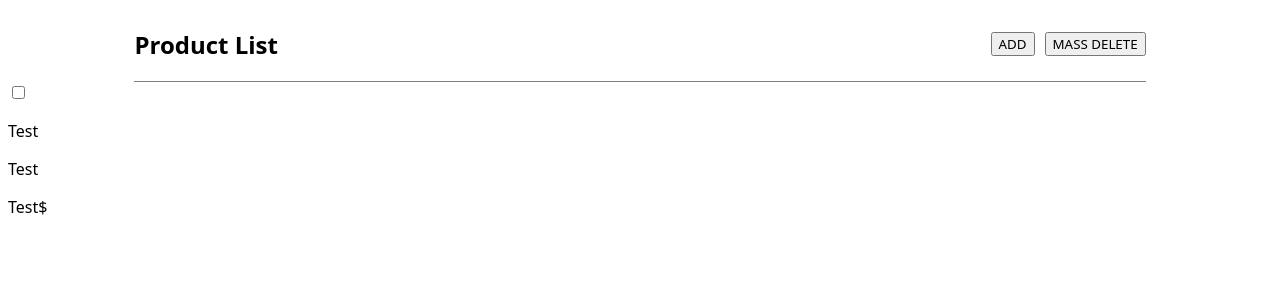
Repository: gabyto19/scandiweb
Page: http://localhost/
An editor plug-in stored every save of this project. The page is shown before and after the next save, followed by the edit.
The browser window is 1280 px wide. The pictures show the whole page.
The page is run by PHP 8.4 with error messages shown; the project is at /var/www/html/.

Above is the page before, as saved 2023-03-07 18:21:11.

After the next save:
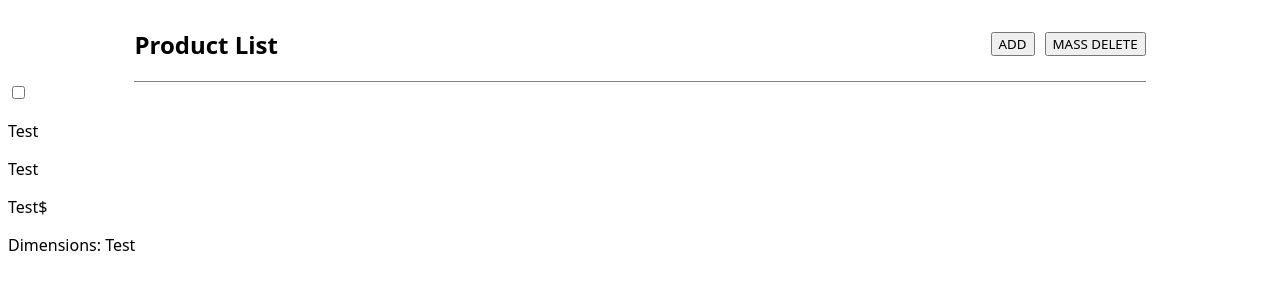
Saved 45 s later.
--- a/index.php
+++ b/index.php
@@ -29,7 +29,7 @@
         <p>Test</p>
         <p>Test</p>
         <p>Test$</p>
-        <p></p>
+        <p>Dimensions: Test</p>
       </div>
     </div>
   </section>
